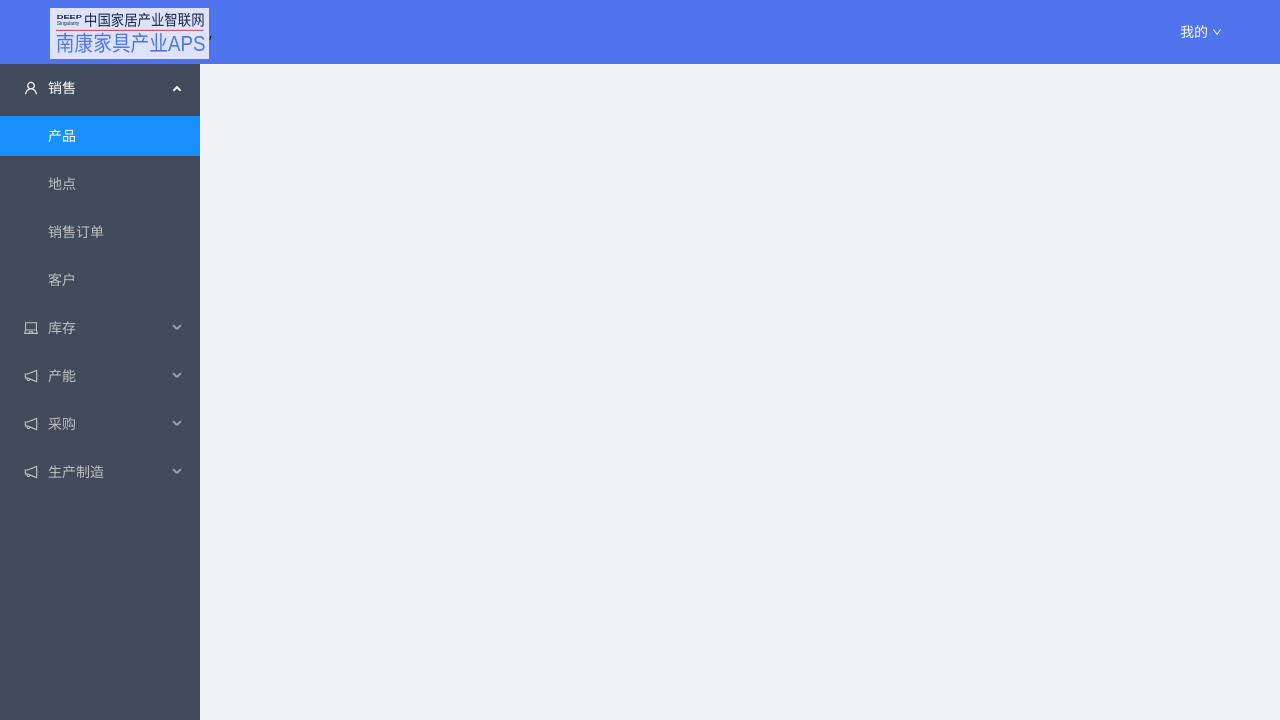
Repository: Vsran/management
Page: /main
An editor plug-in stored every save of this project. The page is shown before and after the next save, followed by the edit.
The browser window is 1280 px wide. The pictures show the whole page.
The project was rebuilt for these pictures with package versions that can differ from the ones it lists, and the page was loaded fresh each time. Also part of the build but not shown: src/pages/login.js, src/pages/register/index.js.

Above is the page before, as saved 2021-02-19 15:31:28.

After the next save:
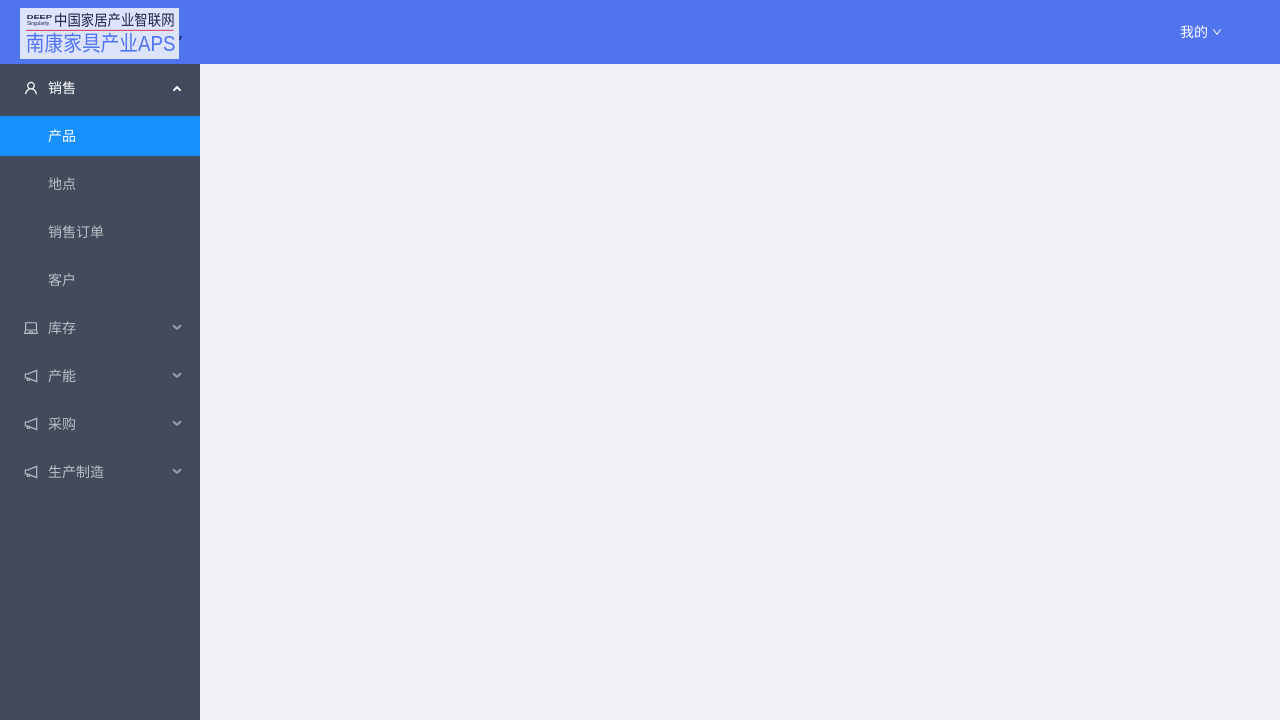
Saved 3 min 29 s later.
--- a/src/components/layout/userLayout.scss
+++ b/src/components/layout/userLayout.scss
@@ -11,6 +11,9 @@
 }
 .ant-menu.ant-menu-dark{
     background:#414b5b;
+}
+.ant-layout-header{
+  padding: 0 20px;
 }
 .userlayout{
     min-height: 100vh;
